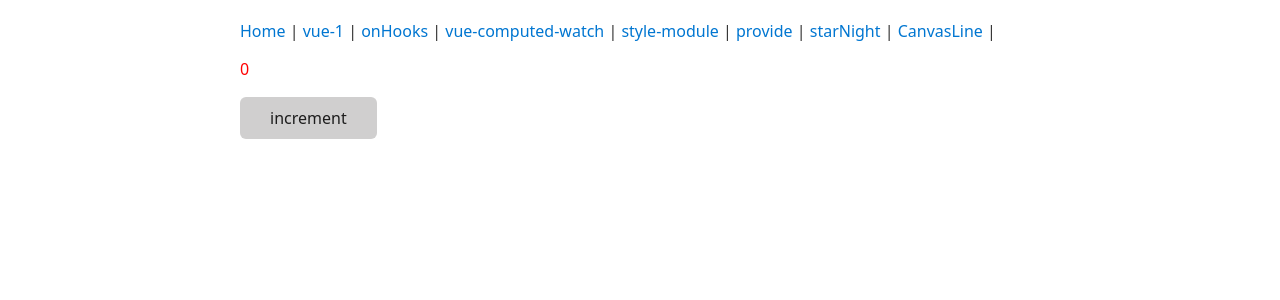
Repository: 596178924/vue3-ts-html
Page: /
An editor plug-in stored every save of this project. The page is shown before and after the next save, followed by the edit.
The browser window is 1280 px wide. The pictures show the whole page.
The project was rebuilt for these pictures with package versions that can differ from the ones it lists, and the page was loaded fresh each time. Also part of the build but not shown: vue.config.js.

Above is the page before, as saved 2022-02-15 15:48:54.

### public/index.html
<!DOCTYPE html>
<html lang="">
  <head>
    <meta charset="utf-8">
    <meta http-equiv="X-UA-Compatible" content="IE=edge">
    <meta name="viewport" content="width=device-width,initial-scale=1.0">
	<link rel="stylesheet" href="https://cdn.jsdelivr.net/npm/water.css@2/out/water.css">
    <link rel="icon" href="<%= BASE_URL %>favicon.ico">
    <title><%= htmlWebpackPlugin.options.title %></title>
  </head>
  <body>
    <noscript>
      <strong>We're sorry but <%= htmlWebpackPlugin.options.title %> doesn't work properly without JavaScript enabled. Please enable it to continue.</strong>
    </noscript>
    <div id="app"></div>
    <!-- built files will be auto injected -->
  </body>
</html>

### src/main.ts
import { createApp } from 'vue';
import App from './App.vue';
import router from './router';
import { createPinia } from 'pinia'
const app = createApp(App);
app.use(createPinia());
app.use(router);
app.mount('#app');

### src/App.vue
<template>
  <div id="nav">
    <router-link to="/">Home</router-link> |
    <router-link to="/vue-1">vue-1</router-link> |
    <router-link to="/onHooks">onHooks</router-link> |
    <router-link to="/vue-computed-watch">vue-computed-watch</router-link> |
    <router-link to="/style-module">style-module</router-link> |
    <router-link to="/provide">provide</router-link> |
    <router-link to="/starNight">starNight</router-link> |
    <router-link to="/CanvasLine">CanvasLine</router-link> |

  </div>
  <router-view/>
</template>

<style lang="scss">

</style>

### src/router/index.ts
import { createRouter, createWebHashHistory, RouteRecordRaw } from 'vue-router';

const routes: Array<RouteRecordRaw> = [
	{
		path: '/',
		name: 'Home',
		component: () => import('@/views/Home.vue')
	},
	{
		path: '/vue-1',
		name: 'vue-1',
		component: () => import('@/views/vue-1.vue')
	},
	{
		path: '/onHooks',
		name: 'onHooks',
		component: () => import('@/views/onHooks.vue')
	},
	{
		path: '/vue-computed-watch',
		name: 'vue-computed-watch',
		component: () => import('@/views/vue-computed-watch.vue')
	},
	{
		path: '/style-module',
		name: 'style-module',
		component: () => import('@/views/style-module.vue')
	},
	{
		path: '/provide',
		name: 'provide',
		component: () => import('@/views/provide.vue')
	},
	{
		path: '/starNight',
		name: 'starNight',
		component: () => import('@/views/starNight.vue')
	},
	{
		path: '/CanvasLine',
		name: 'CanvasLine',
		component: () => import('@/views/CanvasLine.vue')
	},

];

const router = createRouter({
	history: createWebHashHistory(),
	routes
});

export default router;

### src/views/Home.vue
<template>
	<div class="home">
		<p class="red">{{ store.counter }}</p>
		<button @click="store.increment">increment</button>
	</div>
</template>

<script setup lang="ts" >
import { useStoreCounter } from "@/PiniaStore/counter"
import { ref } from "vue";
const store = useStoreCounter();
console.log(store)
// let counter = ref(0);
</script>
<style lang="scss" scoped>
.red {
	color: #ff0000;
}
</style>

### src/PiniaStore/counter.ts
import { defineStore } from "pinia"

export const useStoreCounter = defineStore('counter', {
	state: () => ({
		counter: 0,
		name: 'pinia',
		isAdmin: true
	}),
	getters:{
		doubleCounter:({counter})=> counter * 2
	},
	actions:{
		increment() {
			this.counter++;
			console.log("useStoreCounter increment",this.counter)
		},
		randomizeCounter() {
			this.counter = Math.round(100 * Math.random())
		}
	}
})

After the next save:
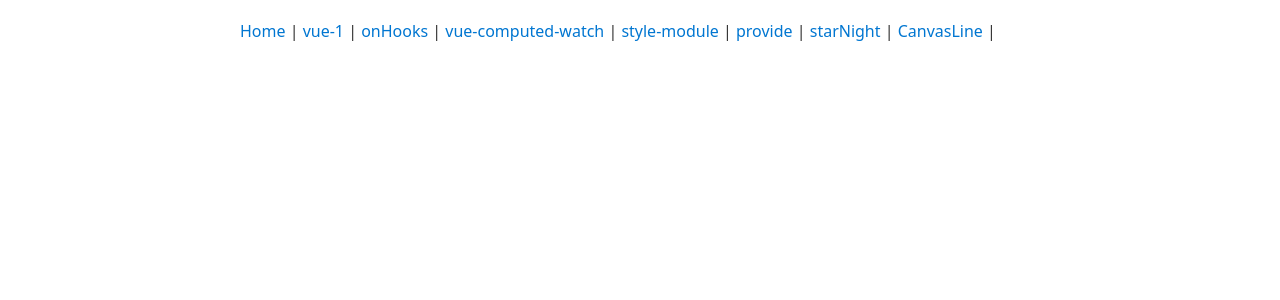
Console error: ReferenceError: useStoreCounter is not defined
Saved 75 s later.
--- a/src/views/Home.vue
+++ b/src/views/Home.vue
@@ -6,10 +6,9 @@
 </template>
 
 <script setup lang="ts" >
-import { useStoreCounter } from "@/PiniaStore/counter"
+import { UseStoreCounter } from "@/PiniaStore/counter"
 import { ref } from "vue";
-const store = useStoreCounter();
-console.log(store)
+console.log(useStoreCounter)
 // let counter = ref(0);
 </script>
 <style lang="scss" scoped>

After the 4 saves that followed:
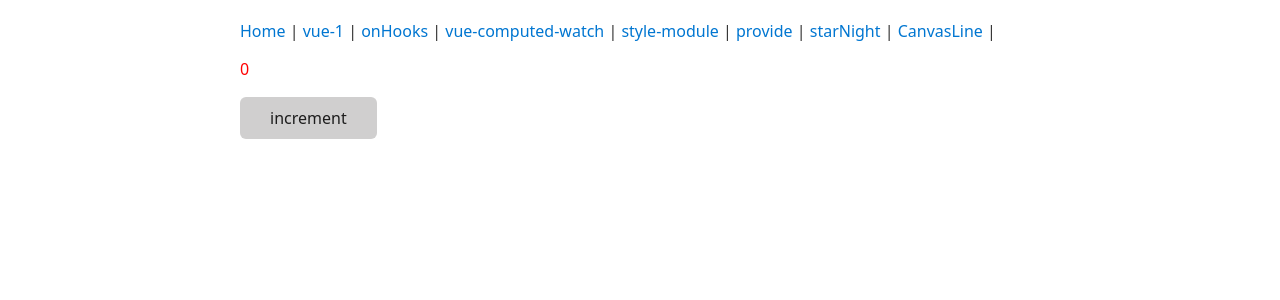
The error is gone.
The 4 saves are shown as one change because 3 left the picture as it was.
The last was saved 2 min 49 s later.
--- a/src/views/Home.vue
+++ b/src/views/Home.vue
@@ -1,13 +1,14 @@
 <template>
 	<div class="home">
-		<p class="red">{{ store.counter }}</p>
-		<button @click="store.increment">increment</button>
+		<p class="red">{{ useStoreCounter.counter }}</p>
+		<button @click="useStoreCounter.increment">increment</button>
 	</div>
 </template>
 
 <script setup lang="ts" >
 import { UseStoreCounter } from "@/PiniaStore/counter"
 import { ref } from "vue";
+const useStoreCounter = UseStoreCounter()
 console.log(useStoreCounter)
 // let counter = ref(0);
 </script>
--- a/src/PiniaStore/counter.ts
+++ b/src/PiniaStore/counter.ts
@@ -1,6 +1,6 @@
 import { defineStore } from "pinia"
 
-export const useStoreCounter = defineStore('counter', {
+export const UseStoreCounter = defineStore('counter', {
 	state: () => ({
 		counter: 0,
 		name: 'pinia',
@@ -12,7 +12,7 @@ export const useStoreCounter = defineStore('counter', {
 	actions:{
 		increment() {
 			this.counter++;
-			console.log("useStoreCounter increment",this.counter)
+			console.log("UseStoreCounter increment",this.counter)
 		},
 		randomizeCounter() {
 			this.counter = Math.round(100 * Math.random())
